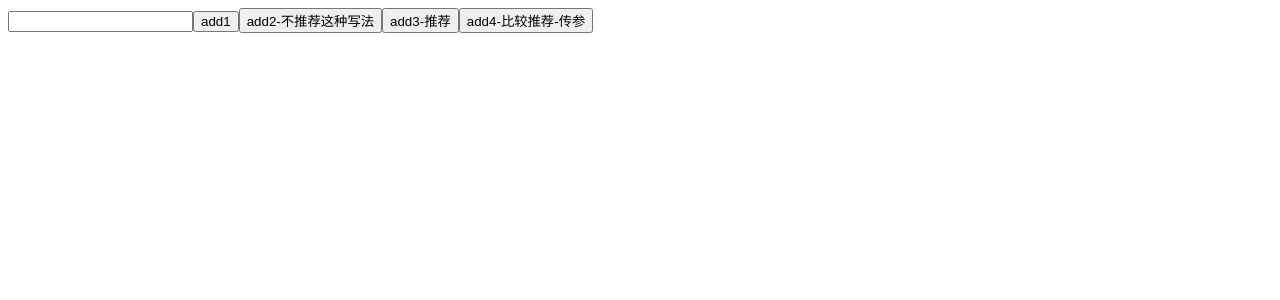
Repository: ysl200/111
Page: / (app in react/frontend/)
An editor plug-in stored every save of this project. The page is shown before and after the next save, followed by the edit.
The browser window is 1280 px wide. The pictures show the whole page.
The project was rebuilt for these pictures with package versions that can differ from the ones it lists, and the page was loaded fresh each time.

Above is the page before, as saved 2023-12-27 13:57:08.

After the next save:
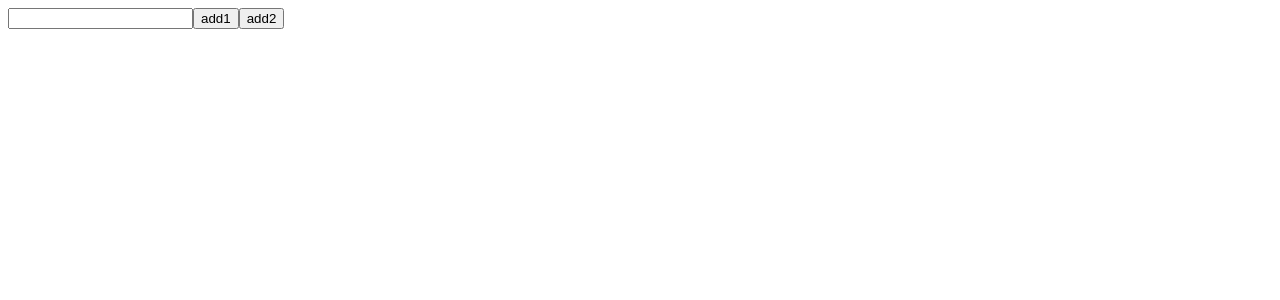
Saved 6 days later.
--- a/react/frontend/src/index.js
+++ b/react/frontend/src/index.js
@@ -2,36 +2,30 @@ import React, { Component } from "react";
 import ReactDOM from 'react-dom';
 
 class App extends Component {
-    a = 100;
+    myref = React.createRef();
     render() {
       return (
         <div>
-          <input />
+          {/* <input ref="mytext"/> */}
+          <input ref={this.myref} />
           <button
             onClick={() => {
-              console.log("click1", "如果处理逻辑过多， 不推荐这种写法", this.a);
+              // console.log("click1",this.refs.mytext.value)
+
+              console.log("click", this.myref.current.value);
             }}
           >
             add1
           </button>
 
-          <button onClick={this.handleClick2.bind(this)}>
-            add2-不推荐这种写法
-          </button>
-          <button onClick={this.handleClick3}>add3-推荐</button>
-          <button onClick={() => this.handleClick4()}>add4-比较推荐-传参</button>
+          <button onClick={this.handleClick2}>add2</button>
         </div>
       );
     }
-    handleClick2() {
-      console.log("click2", this.a);
-    }
-    handleClick3 = (evt) => {
-      console.log("click3", this.a, evt.target);
+
+    handleClick2 = () => {
+      console.log("click2", this.myref.current.value);
     };
-    handleClick4() {
-      console.log("click4", this.a);
-    }
   }
 
 ReactDOM.render(
